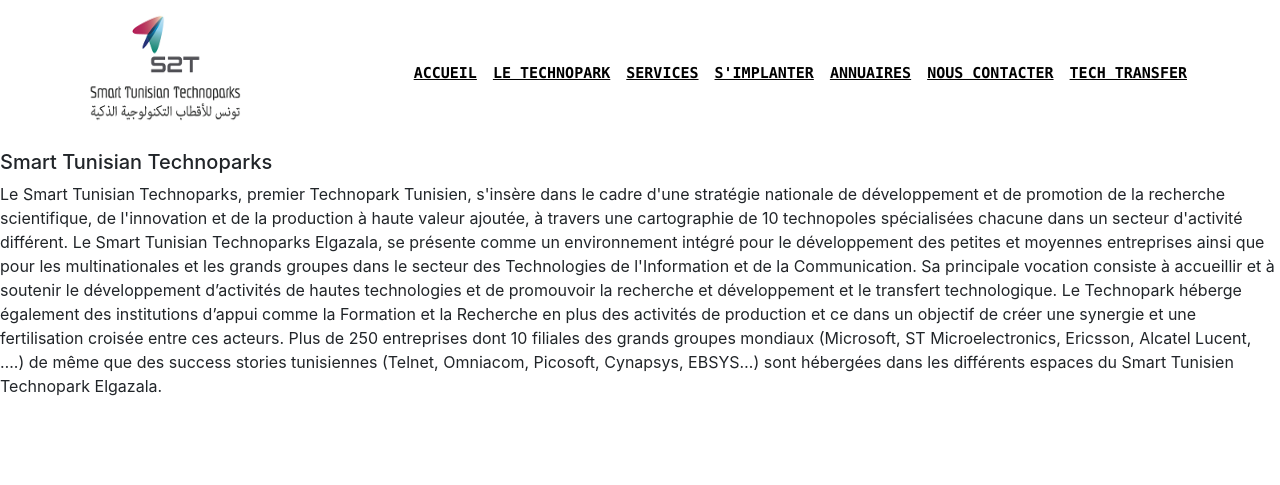
Repository: Zakraouihadil1/stage-perfectionnement-
Page: presentation.html
An editor plug-in stored every save of this project. The page is shown before and after the next save, followed by the edit.
The browser window is 1280 px wide. The pictures show the whole page.

Above is the page before, as saved 2021-08-17 19:15:11.

After the next save:
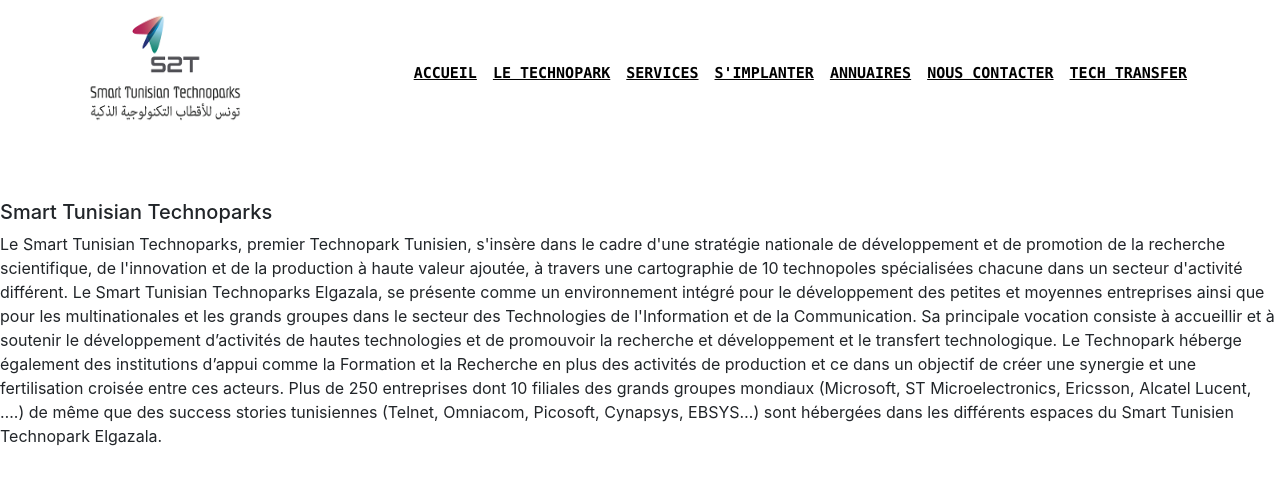
Saved 12 s later.
--- a/presentation.html
+++ b/presentation.html
@@ -99,7 +99,7 @@
     </div>
 </nav>
 
-<div style="margin-top: 150px;">
+<div style="margin-top: 200px;">
     <h5>Smart Tunisian Technoparks</h5>
     <p>Le Smart Tunisian Technoparks, premier Technopark Tunisien, s'insère dans le cadre d'une stratégie nationale de développement et de promotion de la recherche scientifique, de l'innovation et de la production à haute valeur ajoutée, à travers une cartographie de 10 technopoles spécialisées chacune dans un secteur d'activité différent.
 
